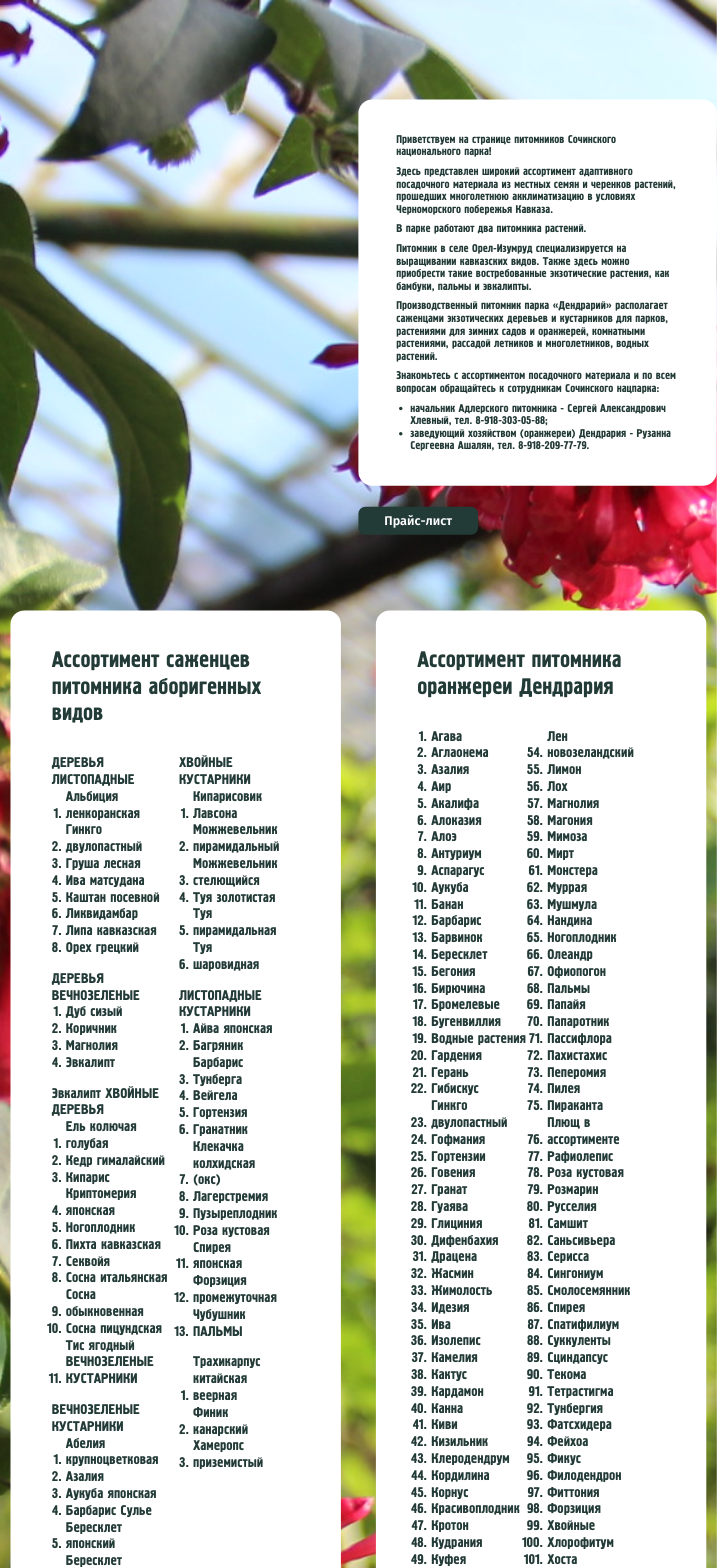
Repository: sem1103/np-sochi
Page: index.html
An editor plug-in stored every save of this project. The page is shown before and after the next save, followed by the edit.
The browser window is 1024 px wide. The pictures show the part of the page from y = 0 to 2240 px (the page is 3140 px tall before and 4191 px after), at 70% of full size.

Above is the page before, as saved 2024-01-17 22:24:33.

After the next save:
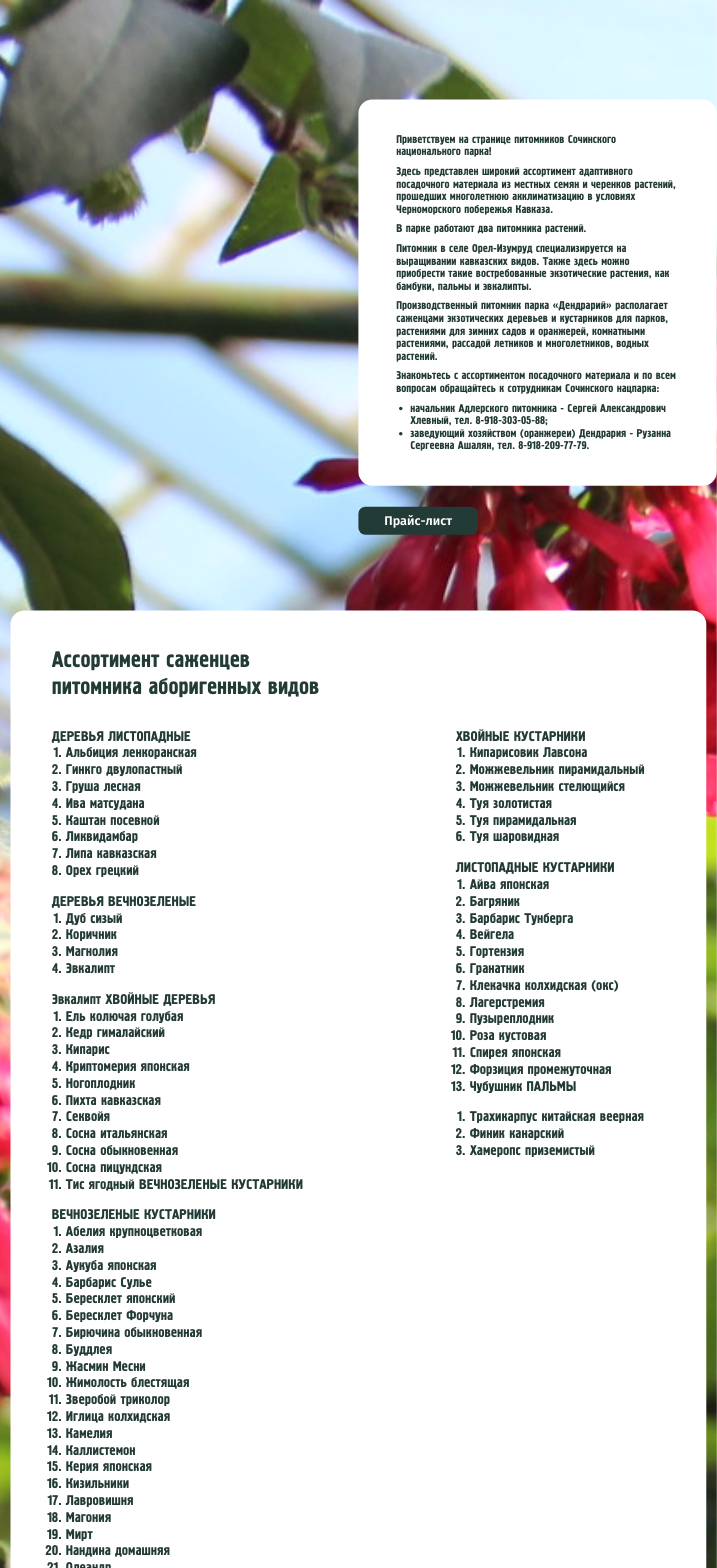
Saved 77 s later.
--- a/styles/main.css
+++ b/styles/main.css
@@ -97,3 +97,12 @@ ol button{
 .left__items{
     margin: 0 10px 0 0;
 }
+
+
+
+/*Media*/
+@media only screen and (max-width:1200px) {
+    .items__block{
+        flex-direction: column;
+    }
+}
